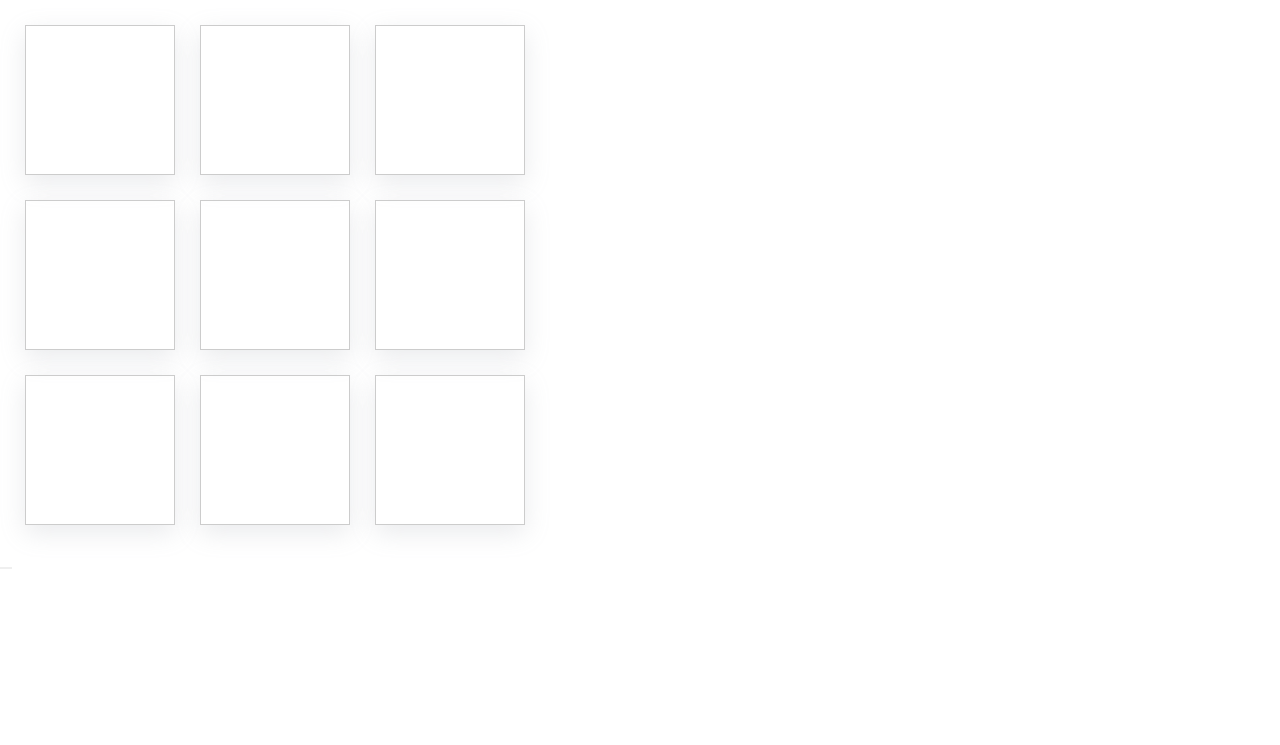
Repository: kvi1312/React-evon
Page: / (app in my-app/)
An editor plug-in stored every save of this project. The page is shown before and after the next save, followed by the edit.
The browser window is 1280 px wide. The pictures show the whole page.
The project was rebuilt for these pictures with package versions that can differ from the ones it lists, and the page was loaded fresh each time. Also part of the build but not shown: my-app/src/component/counter/counter.js, my-app/src/component/toogle/toogleStyle.css, my-app/src/component/toogle/toogle.js.

Above is the page before, as saved 2022-04-14 00:14:51.

After the next save:
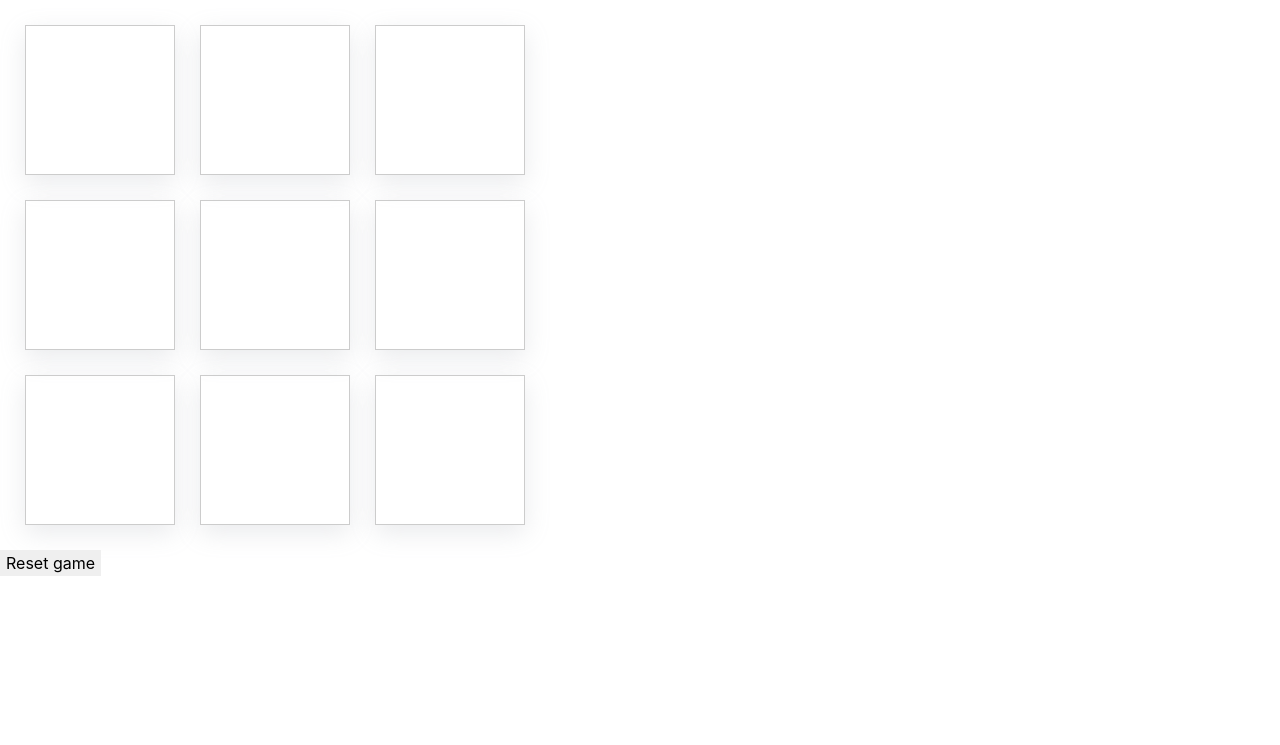
Saved 6 s later.
--- a/my-app/src/component/tictactoe/Game.js
+++ b/my-app/src/component/tictactoe/Game.js
@@ -57,7 +57,7 @@ const Game = () => {
   return (
     <div className="">
       <Board cells={state.board} onClick={handleOnclick}></Board>
-      <button className="className" onClick={handleResetGame}></button>
+      <button className="className" onClick={handleResetGame}>Reset game</button>
     </div>
   );
 };
